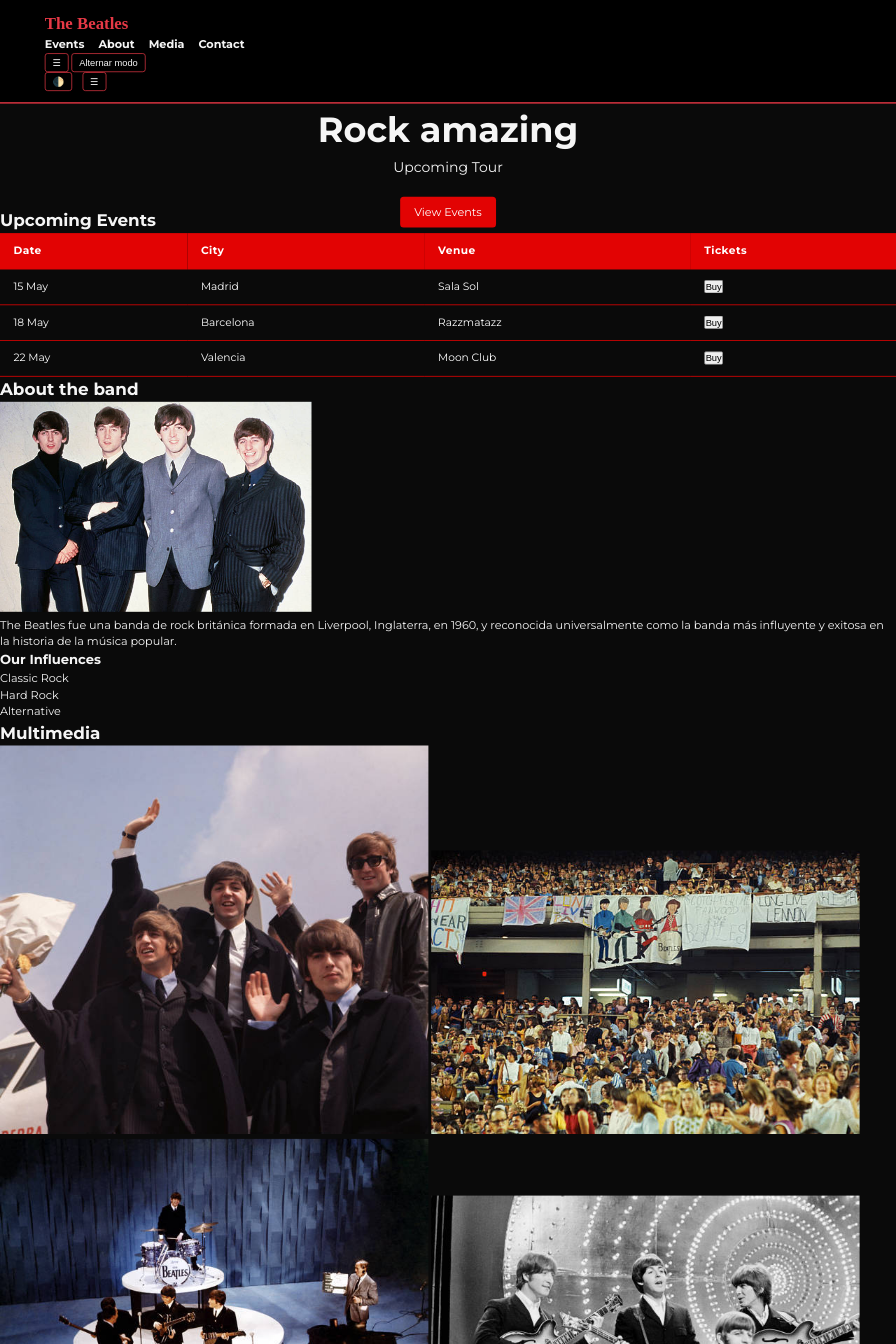
Repository: keiner-dev/Prueba_Desempe-o
Page: index.html
The author's editor kept a copy of each file at every save. The page is drawn from the files as they stood at one save, then again after a run of saves.
The browser window is 1280 px wide. The pictures show the part of the page from y = 0 to 1920 px (the page is 2634 px tall), at 70% of full size.
Some web fonts or font styles are not loaded; a fallback is used.

Above is the page before, as saved 2026-04-27 14:51:34.

After the next 3 saves:
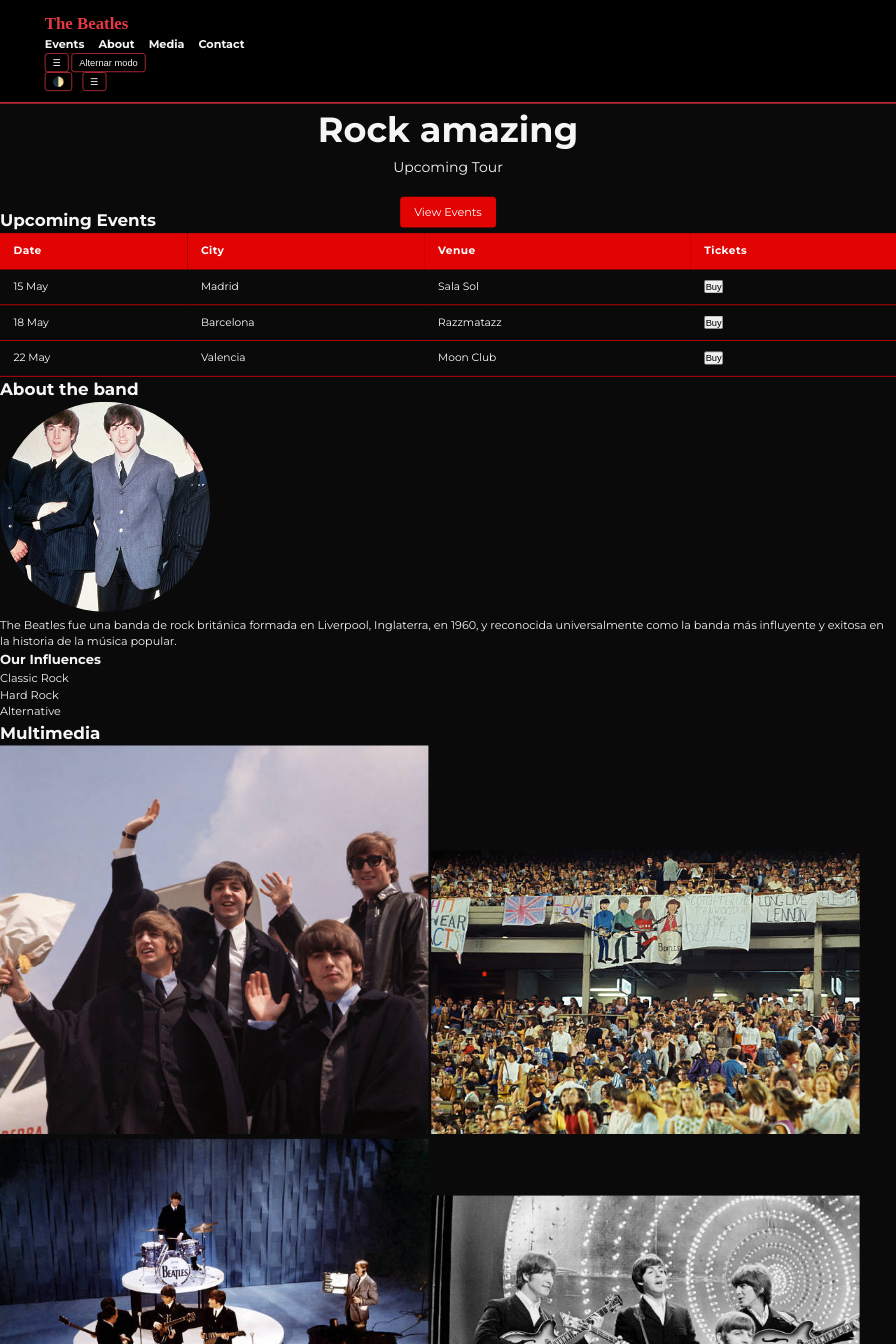
The 3 saves are shown as one change because they came seconds apart.
The last was saved 11 s later.
--- a/styles.css
+++ b/styles.css
@@ -148,4 +148,8 @@
 
 .about_content img {
     height: 300px;
+    width: 300px;
+    border-radius: 50%;
+    object-fit: cover;
+
 }
